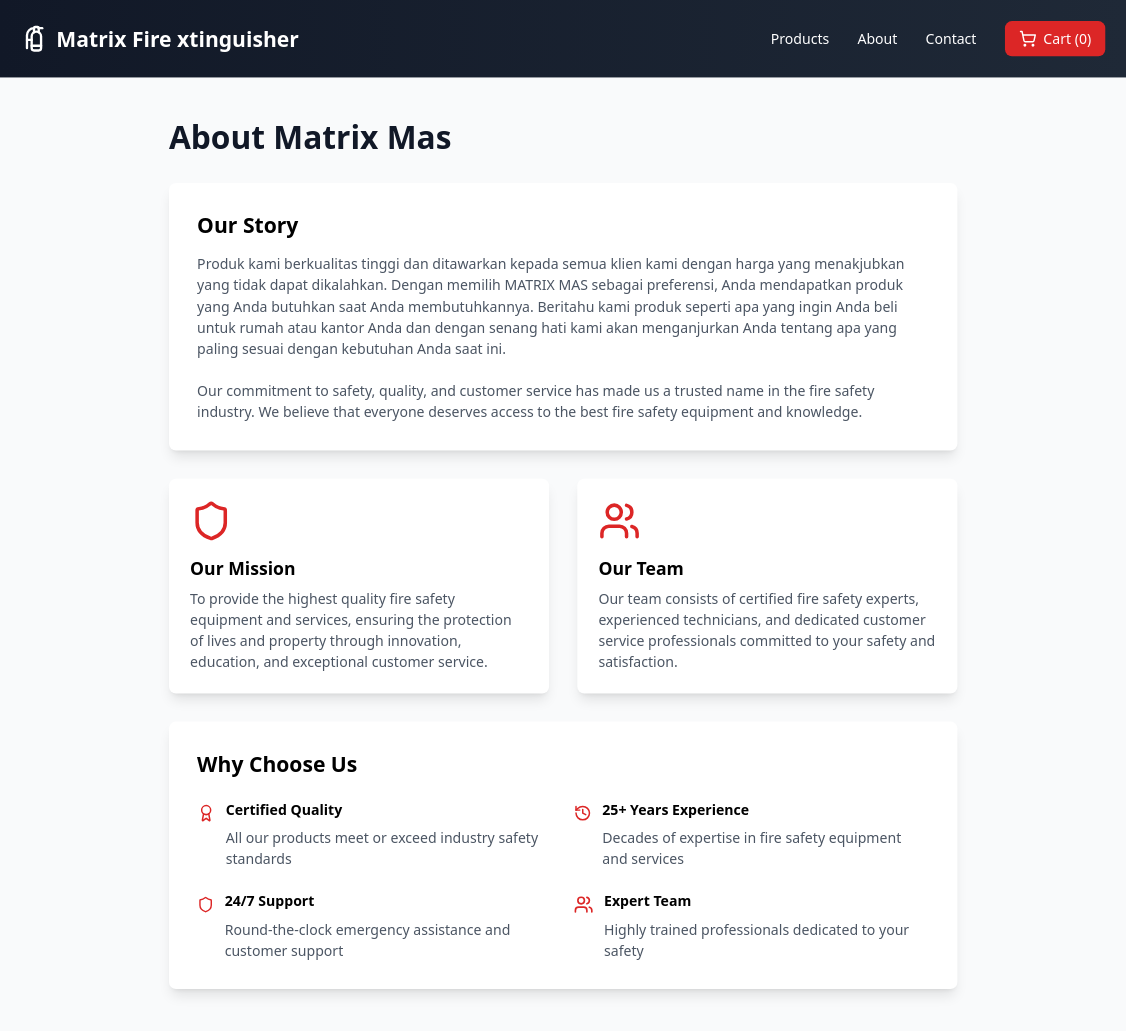
Repository: matrixmas/matrixmas.github.io
Page: /about
These files come from the project's save history. The page is drawn as it stood at one moment and after the next save; the edit follows.
The browser window is 1280 px wide. The pictures show the whole page, at 88% of full size.
The project was rebuilt for these pictures with package versions that can differ from the ones it lists, and the page was loaded fresh each time. Also part of the build but not shown: vite.config.ts, src/pages/Home.tsx, src/pages/Products.tsx, src/pages/ProductDetail.tsx, src/pages/Contact.tsx.

Above is the page before, as saved 2025-02-04 14:16:16.

After the next save:
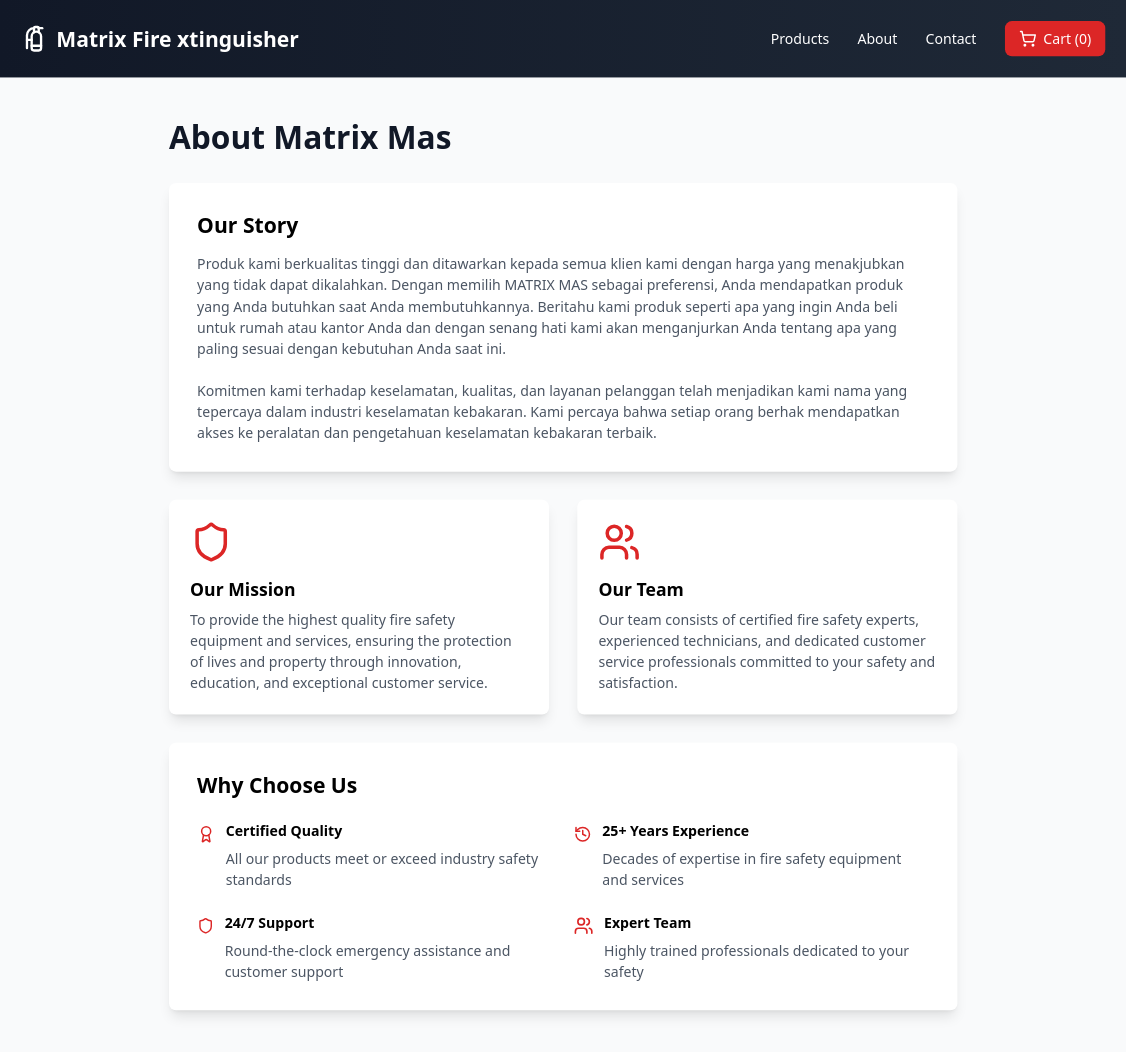
Saved 14 s later.
--- a/src/pages/About.tsx
+++ b/src/pages/About.tsx
@@ -17,8 +17,8 @@ export default function About() {
               Produk kami berkualitas tinggi dan ditawarkan kepada semua klien kami dengan harga yang menakjubkan yang tidak dapat dikalahkan. Dengan memilih MATRIX MAS sebagai preferensi, Anda mendapatkan produk yang Anda butuhkan saat Anda membutuhkannya. Beritahu kami produk seperti apa yang ingin Anda beli untuk rumah atau kantor Anda dan dengan senang hati kami akan menganjurkan Anda tentang apa yang paling sesuai dengan kebutuhan Anda saat ini.
               </p>
               <p className="text-gray-600">
-                Our commitment to safety, quality, and customer service has made us a trusted name in the fire safety industry.
-                We believe that everyone deserves access to the best fire safety equipment and knowledge.
+              Komitmen kami terhadap keselamatan, kualitas, dan layanan pelanggan telah menjadikan kami nama yang tepercaya dalam industri keselamatan kebakaran.
+              Kami percaya bahwa setiap orang berhak mendapatkan akses ke peralatan dan pengetahuan keselamatan kebakaran terbaik.
               </p>
             </div>
 
